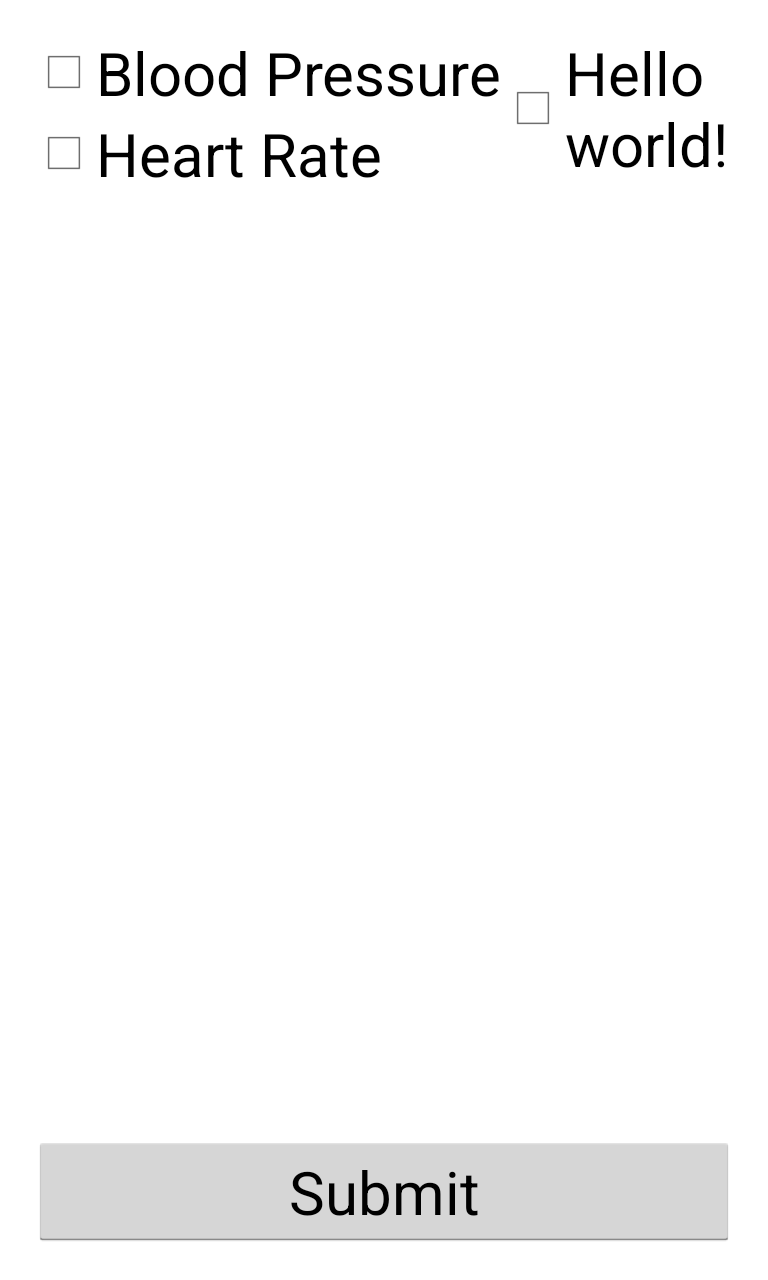
Repository: TigerCheck/TigerCheck
Layout: Android/TigerCheck/res/layout/activity_station_select.xml
An editor plug-in stored every save of this project. The layout is shown before and after the next save, followed by the edit.
It is drawn on a 768 x 1280 px phone screen (xhdpi) without system bars, with theme AppTheme; the app's code is not run.

Above is the layout before, as saved 2014-03-30 21:52:02.

### Android/TigerCheck/res/layout/activity_station_select.xml
<RelativeLayout xmlns:android="http://schemas.android.com/apk/res/android"
    xmlns:tools="http://schemas.android.com/tools"
    android:layout_width="fill_parent"
    android:layout_height="fill_parent"
    android:orientation="horizontal"
    android:paddingBottom="@dimen/activity_vertical_margin"
    android:paddingLeft="@dimen/activity_horizontal_margin"
    android:paddingRight="@dimen/activity_horizontal_margin"
    android:paddingTop="@dimen/activity_vertical_margin"
    tools:context=".StationSelect" >

    <TextView
        android:id="@+id/textView1"
        android:layout_width="wrap_content"
        android:layout_height="wrap_content" />

	<RelativeLayout android:id="@+id/LeftColumnCheckboxes"
	    android:layout_width="wrap_content"
	    android:layout_height="wrap_content" >

    	<CheckBox
        	android:id="@+id/checkbox_blood_pressure"
        	android:layout_width="wrap_content"
        	android:layout_height="wrap_content"
        	android:text="@string/checkbox_blood_pressure"
        	android:textSize="30sp"
        	android:onClick="onCheckboxClick"/>

    	<CheckBox
        	android:id="@+id/checkbox_heart_rate"
        	android:layout_width="wrap_content"
        	android:layout_height="wrap_content"
        	android:text="@string/checkbox_heart_rate"
        	android:textSize="30sp"
        	android:layout_below="@+id/checkbox_blood_pressure"
        	android:onClick="onCheckboxClick" />

    </RelativeLayout>

	<RelativeLayout android:id="@+id/RightColumnCheckboxes"
	    android:layout_width="wrap_content"
	    android:layout_height="wrap_content"
	    android:layout_weight="1"
	    android:layout_toRightOf="@+id/LeftColumnCheckboxes" >

	    <CheckBox
        	android:id="@+id/checkbox_placeholder"
        	android:layout_width="wrap_content"
        	android:layout_height="wrap_content"
        	android:text="@string/hello_world"
        	android:textSize="30sp"
        	android:onClick="onCheckboxClick"/>


	</RelativeLayout>

    <Button
        android:layout_width="match_parent"
        android:layout_height="wrap_content"
        android:layout_alignParentBottom="true"
        android:gravity="center"
        android:onClick="submitButtonPress"
        android:text="@string/submit_button"
        android:textSize="30sp" />

</RelativeLayout>

### Android/TigerCheck/res/values/strings.xml
<?xml version="1.0" encoding="utf-8"?>
<resources>

    <string name="app_name">TigerCheck</string>
    <string name="action_settings">Settings</string>
    <string name="hello_world">Hello world!</string>
    <string name="welcome_message">Welcome to TigerCheck</string>
    <string name="submit_button">Submit</string>
    <string name="continue_button">Continue</string>
    <string name="title_activity_station_select">StationSelect</string>

    <!-- StationSelect checkbox options -->
    <string name="checkbox_blood_pressure">Blood Pressure</string>
    <string name="checkbox_heart_rate">Heart Rate</string>

</resources>

Loaded but not shown: Android/TigerCheck/res/values/styles.xml (common file); Android/TigerCheck/res/values-v11/styles.xml (common file); Android/TigerCheck/res/values-v14/styles.xml (common file); Android/TigerCheck/res/values/dimens.xml (common file)

After the next save:
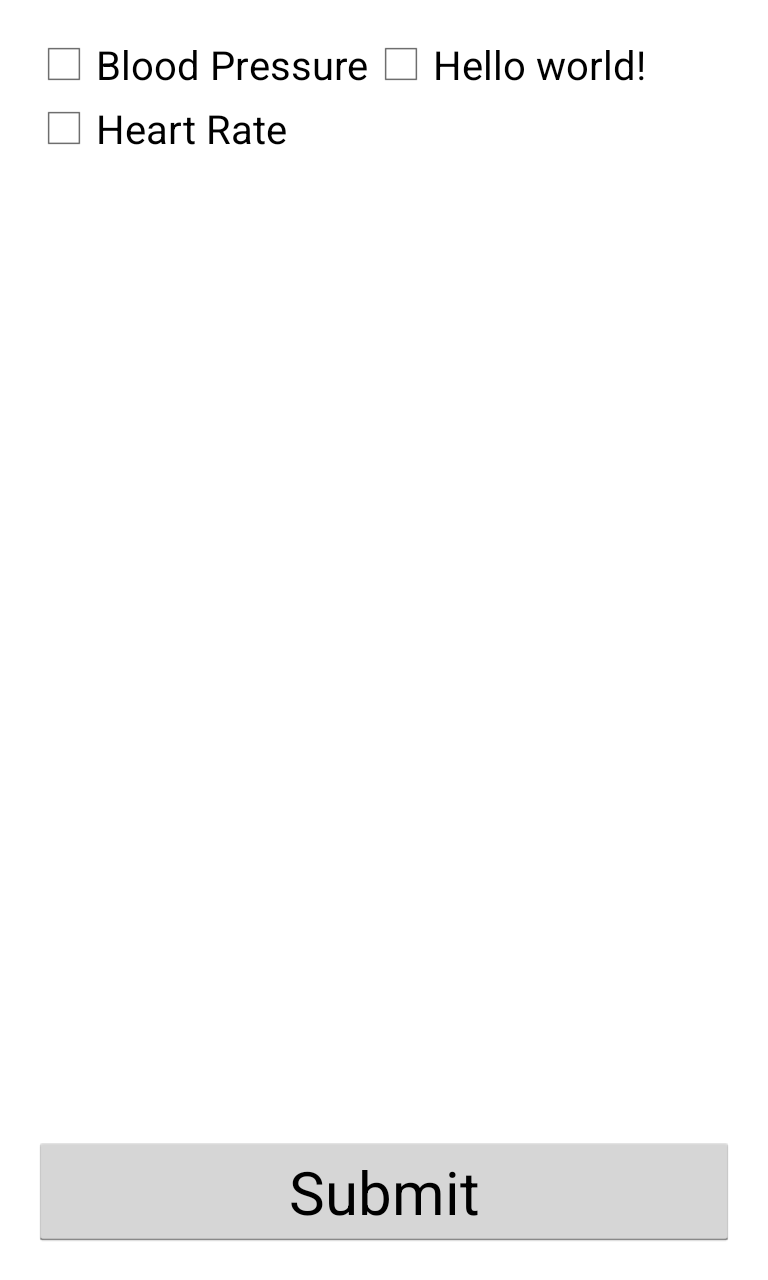
Saved 17 s later.
--- a/Android/TigerCheck/res/layout/activity_station_select.xml
+++ b/Android/TigerCheck/res/layout/activity_station_select.xml
@@ -23,7 +23,7 @@
         	android:layout_width="wrap_content"
         	android:layout_height="wrap_content"
         	android:text="@string/checkbox_blood_pressure"
-        	android:textSize="30sp"
+        	android:textSize="20sp"
         	android:onClick="onCheckboxClick"/>
 
     	<CheckBox
@@ -31,7 +31,7 @@
         	android:layout_width="wrap_content"
         	android:layout_height="wrap_content"
         	android:text="@string/checkbox_heart_rate"
-        	android:textSize="30sp"
+        	android:textSize="20sp"
         	android:layout_below="@+id/checkbox_blood_pressure"
         	android:onClick="onCheckboxClick" />
 
@@ -48,7 +48,7 @@
         	android:layout_width="wrap_content"
         	android:layout_height="wrap_content"
         	android:text="@string/hello_world"
-        	android:textSize="30sp"
+        	android:textSize="20sp"
         	android:onClick="onCheckboxClick"/>
 
 
